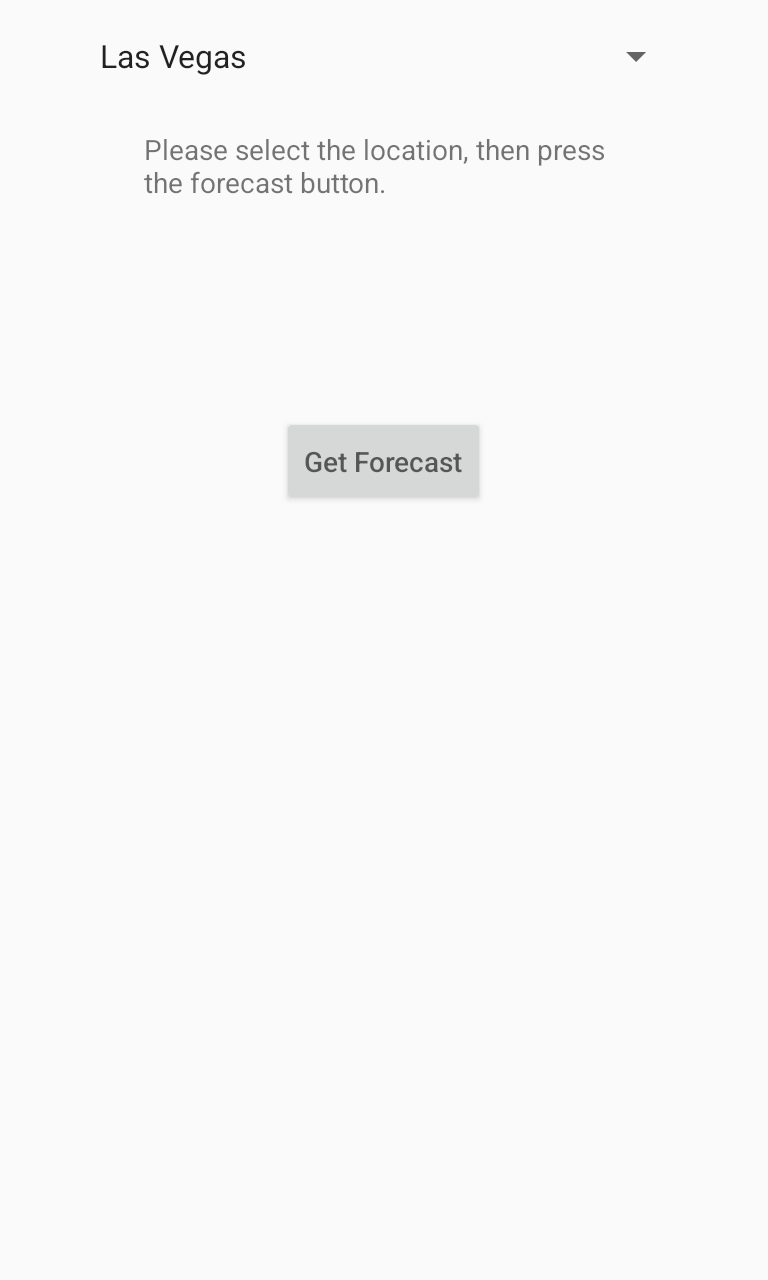
Repository: g80349/Java1
Layout: Week2/Weather/res/layout/activity_main.xml
The author's editor kept a copy of each file at every save. The layout is drawn from the files as they stood at one save, then again after the next save.
It is drawn on a 768 x 1280 px phone screen (xhdpi) without system bars, with theme AppTheme; the app's code is not run. Lists and similar views that code fills are empty.

Above is the layout before, as saved 2014-04-10 02:55:58.

### Week2/Weather/res/layout/activity_main.xml
<RelativeLayout xmlns:android="http://schemas.android.com/apk/res/android"
    xmlns:tools="http://schemas.android.com/tools"
    android:layout_width="match_parent"
    android:layout_height="match_parent"
    android:paddingBottom="@dimen/activity_vertical_margin"
    android:paddingLeft="@dimen/activity_horizontal_margin"
    android:paddingRight="@dimen/activity_horizontal_margin"
    android:paddingTop="@dimen/activity_vertical_margin"
    tools:context="com.example.weather.MainActivity$PlaceholderFragment" >

    <Spinner
        android:id="@+id/location"
        android:layout_width="300dp"
        android:layout_height="wrap_content"
        android:layout_alignParentTop="true"
        android:layout_centerHorizontal="true"
        android:entries = "@array/location_array" />

    <Button
        android:id="@+id/enter"
        android:layout_width="wrap_content"
        android:layout_height="wrap_content"
        android:layout_below="@+id/forecast"
        android:layout_centerHorizontal="true"
        android:layout_marginTop="106dp"
        android:hint="@string/enter_button"
        android:onClick="onClick" />

    <TextView
        android:id="@+id/forecast"
        android:layout_width="240dp"
        android:layout_height="wrap_content"
        android:layout_below="@+id/location"
        android:layout_centerHorizontal="true"
        android:layout_marginTop="25dp"
        android:text="@string/forecast_text" />

</RelativeLayout>

### Week2/Weather/res/values/strings.xml
<?xml version="1.0" encoding="utf-8"?>
<resources>

    <string name="app_name">Weather</string>
    <string name="forecast_text">Please select the location, then press the forecast button.</string>
    <string name="action_settings">Settings</string>
    <string-array name = "location_array">
        <item>Las Vegas</item>
        <item>Henderson</item>
        <item>North Las Vegas</item>
        <item>Stateline</item>
    </string-array>
    <string name="enter_button">Get Forecast</string>

</resources>

Loaded but not shown: Week2/Weather/res/values/styles.xml (common file); Week2/Weather/res/values-v11/styles.xml (common file); Week2/Weather/res/values-v14/styles.xml (common file); Week2/Weather/res/values/dimens.xml (common file); Week2/Weather/res/values-w820dp/dimens.xml (common file)

After the next save:
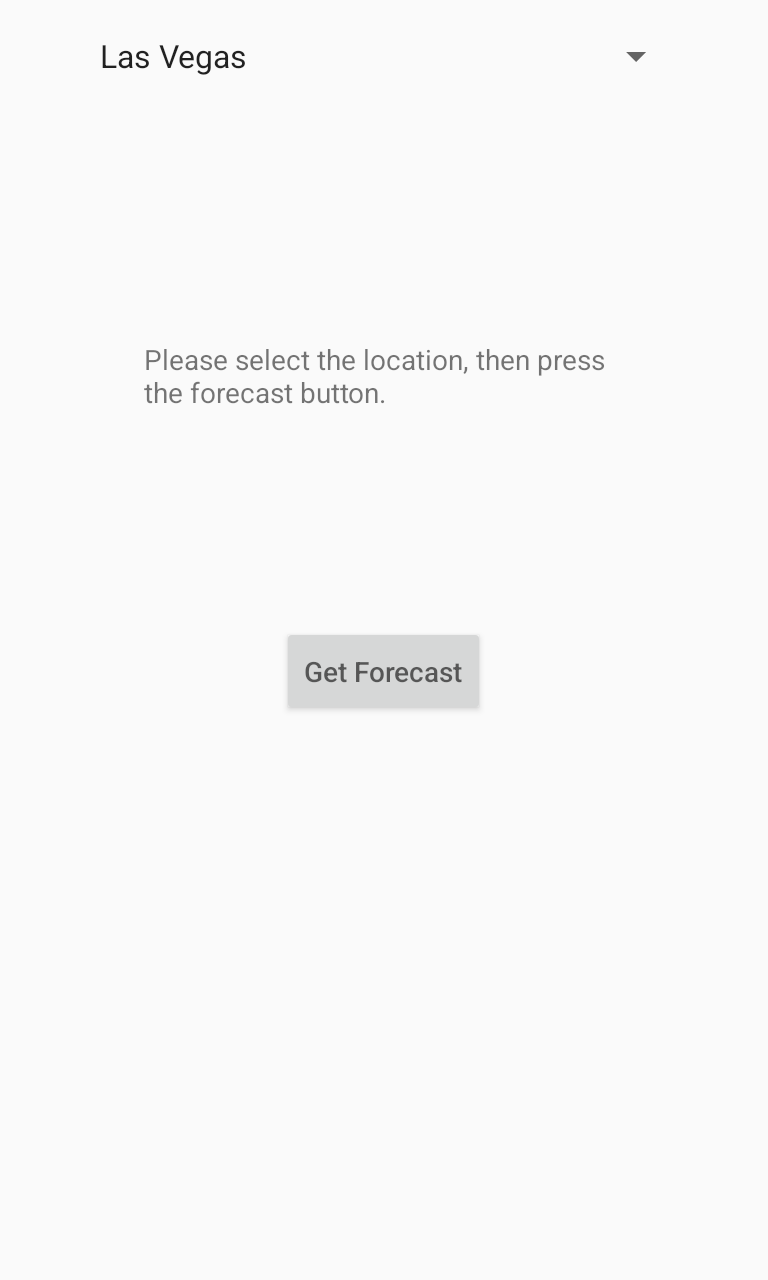
Saved 13 h 12 min later.
--- a/Week2/Weather/res/layout/activity_main.xml
+++ b/Week2/Weather/res/layout/activity_main.xml
@@ -32,7 +32,16 @@
         android:layout_height="wrap_content"
         android:layout_below="@+id/location"
         android:layout_centerHorizontal="true"
-        android:layout_marginTop="25dp"
+        android:layout_marginTop="130dp"
         android:text="@string/forecast_text" />
 
+    <ListView
+        android:id="@+id/listView1"
+        android:layout_width="match_parent"
+        android:layout_height="wrap_content"
+        android:layout_alignLeft="@+id/location"
+        android:layout_below="@+id/location" >
+
+    </ListView>
+
 </RelativeLayout>
